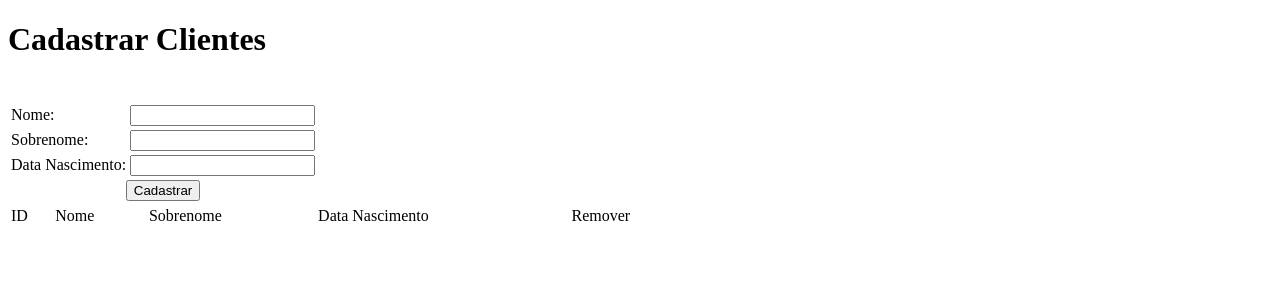
Repository: nandolupe/fiap-pos
Page: http://localhost/artigostruts2/
An editor plug-in stored every save of this project. The page is shown before and after the next save, followed by the edit.
The browser window is 1280 px wide. The pictures show the whole page.
The page is served by Tomcat 9. Other server files are loaded and not shown.

Above is the page before, as saved 2014-08-23 04:28:44.

### workspace-artigo-web/artigostruts2/WebContent/index.jsp
<%@ page language="java" contentType="text/html; charset=ISO-8859-1"
	pageEncoding="ISO-8859-1"%>
<%@ taglib prefix="s" uri="/struts-tags"%>
<!DOCTYPE html PUBLIC "-//W3C//DTD HTML 4.01 Transitional//EN"
"http://www.w3.org/TR/html4/loose.dtd">
<html>
<head>
<title>Cadastrar Clientes</title>
<script>
	function remover(idCliente) {
		document.all('cliente.idCliente').value = idCliente;
		document.clienteForm.action = "removercliente";
		document.submit();
	}
</script>

</head>

<body>
	<s:form action="inserircliente" id="clienteForm" method="post" name="clienteForm">
		<s:textfield type="hidden" name="cliente.idCliente" />
		<s:textfield name="cliente.nameCliente" label="Nome" size="20" />
		<s:textfield name="cliente.sobrenome" label="Sobrenome" size="20" />
		<s:textfield name="cliente.dtNasc" label="Data Nascimento" size="20" />
		<s:submit name="submit" label="Cadastrar" align="center" value="Cadastrar" />
		<h1>Cadastrar Clientes</h1>
		<br />
		<table style="width: 700px;">
			<tr>
				<td>ID</td>
				<td>Nome</td>
				<td>Sobrenome</td>
				<td>Data Nascimento</td>
				<td>Remover</td>
			</tr>
			<s:iterator value="#session.clienteList" var="bean">
				<tr>
					<td>${bean.idCliente}</td>
					<td>${bean.nameCliente}</td>
					<td>${bean.sobrenome}</td>
					<td>${bean.dtNasc}</td>
					<td><a href="javascript:remover('${bean.idCliente}')">X</a></td>
				</tr>
			</s:iterator>
		</table>
	</s:form>
</body>
</html>

After the next save:
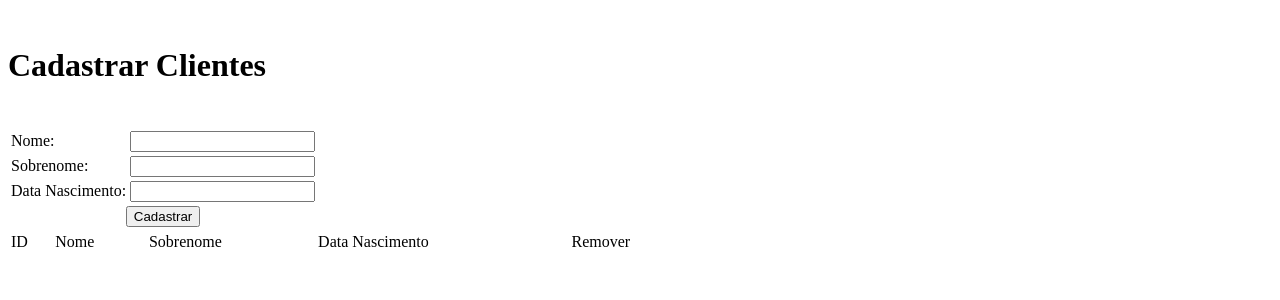
Saved 20 s later.
--- a/workspace-artigo-web/artigostruts2/WebContent/index.jsp
+++ b/workspace-artigo-web/artigostruts2/WebContent/index.jsp
@@ -21,7 +21,7 @@
 		<s:textfield type="hidden" name="cliente.idCliente" />
 		<s:textfield name="cliente.nameCliente" label="Nome" size="20" />
 		<s:textfield name="cliente.sobrenome" label="Sobrenome" size="20" />
-		<s:textfield name="cliente.dtNasc" label="Data Nascimento" size="20" />
+		<s:textfield name="cliente.dtNasc" label="Data Nascimento" size="20" /><br />
 		<s:submit name="submit" label="Cadastrar" align="center" value="Cadastrar" />
 		<h1>Cadastrar Clientes</h1>
 		<br />
